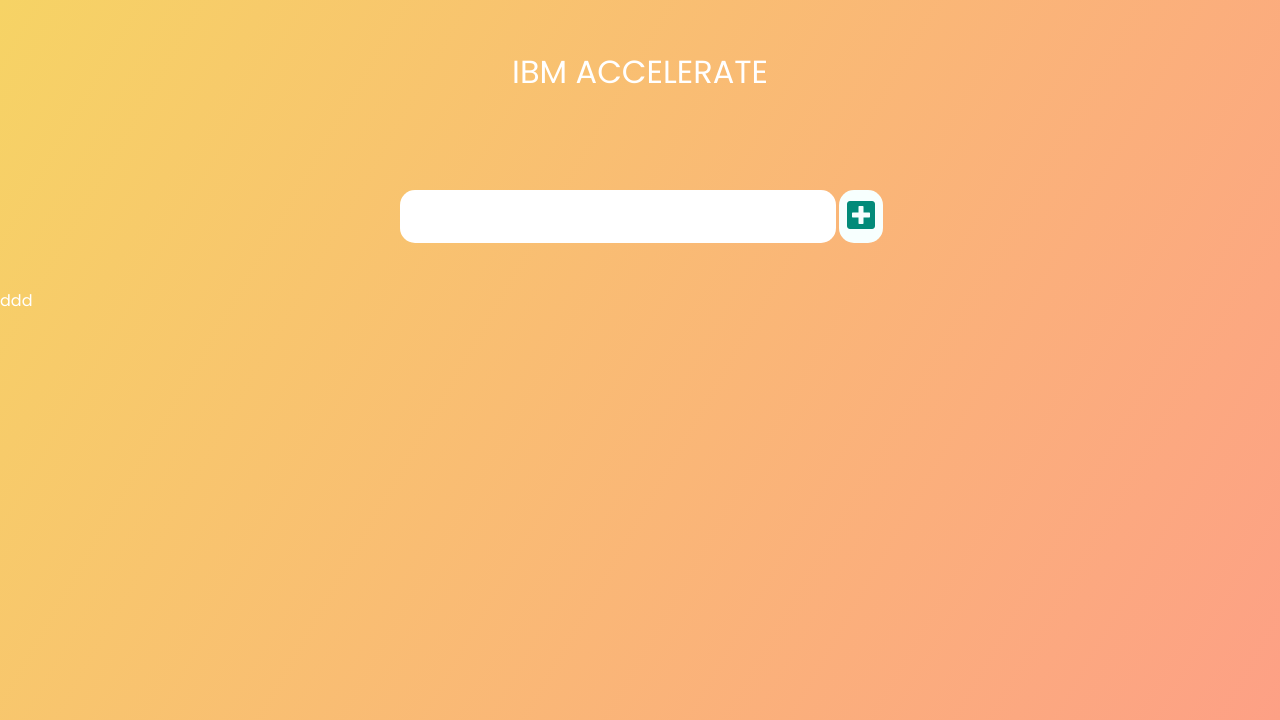
Repository: 2021-IBM-Accelerate-SW-Track/lab-1-team-34
Page: /
An editor plug-in stored every save of this project. The page is shown before and after the next save, followed by the edit.
The browser window is 1280 px wide. The pictures show the whole page.
Some web libraries are served in a nearby version. The project was rebuilt for these pictures with package versions that can differ from the ones it lists, and the page was loaded fresh each time. Also part of the build but not shown: src/components/Todo.js.

Above is the page before, as saved 2021-06-18 22:19:08.

### public/index.html
<!DOCTYPE html>
<html lang="en">
  <head>
    <meta charset="utf-8" />
    <link
      href="https://fonts.googleapis.com/css?family=Poppins&display=swap"
      rel="stylesheet"
    />
    <link
      rel="stylesheet"
      href="https://cdnjs.cloudflare.com/ajax/libs/font-awesome/5.12.1/css/all.min.css"
      integrity="sha256-mmgLkCYLUQbXn0B1SRqzHar6dCnv9oZFPEC1g1cwlkk="
      crossorigin="anonymous"
      <meta
      name="viewport"
      content="width=device-width, initial-scale=1"
    />
    <meta name="theme-color" content="#000000" />
    <meta
      name="description"
      content="Web site created using create-react-app"
    />
    <link rel="apple-touch-icon" href="%PUBLIC_URL%/logo192.png" />
    <!--
      manifest.json provides metadata used when your web app is installed on a
      user's mobile device or desktop. See https://developers.google.com/web/fundamentals/web-app-manifest/
    -->
    <link rel="manifest" href="%PUBLIC_URL%/manifest.json" />
    <!--
      Notice the use of %PUBLIC_URL% in the tags above.
      It will be replaced with the URL of the `public` folder during the build.
      Only files inside the `public` folder can be referenced from the HTML.

      Unlike "/favicon.ico" or "favicon.ico", "%PUBLIC_URL%/favicon.ico" will
      work correctly both with client-side routing and a non-root public URL.
      Learn how to configure a non-root public URL by running `npm run build`.
    -->
    <title>React App</title>
  </head>
  <body>
    <noscript>You need to enable JavaScript to run this app.</noscript>
    <div id="root"></div>
    <!--
      This HTML file is a template.
      If you open it directly in the browser, you will see an empty page.

      You can add webfonts, meta tags, or analytics to this file.
      The build step will place the bundled scripts into the <body> tag.

      To begin the development, run `npm start` or `yarn start`.
      To create a production bundle, use `npm run build` or `yarn build`.
    -->
  </body>
</html>

### src/App.js
import "./App.css";
import Form from "./components/form";
import React, { useState } from "react";
import List from "./components/list";
import Header from "./components/header";
import Date from "./components/date";

function App() {
  const [inputText, setInputText] = useState("");
  const [todos, setTodos] = useState([]);
  const [edit, setEdit] = useState("");
  const [date, setDate] = useState("DateTime");

  return (
    <div className="App">
      <Header />
      <Form
        inputText={inputText}
        todos={todos}
        setTodos={setTodos}
        setInputText={setInputText}
      />
      <List setTodos={setTodos} todos={todos} date={date} />
      <Date />
    </div>
  );
}

export default App;

### src/App.css
* {
  margin: 0;
  padding: 0;
  box-sizing: border-box;
}
body {
  background-image: linear-gradient(120deg, #f6d365 0%, #fda085 100%);
  color: white;
  font-family: "Poppins", sans-serif;
  min-height: 100vh;
}
header {
  font-size: 2rem;
}

header,
form {
  min-height: 20vh;
  display: flex;
  justify-content: center;
  align-items: center;
  border-radius: 15px;
}
form input,
form button {
  padding: 0.5rem;
  font-size: 2rem;
  border: none;
  background: white;
  border-radius: 15px;
  margin-left: 3px;
}
form button {
  color: #028b79;
  background: #f7fffe;
  cursor: pointer;
  transition: all 0.3s ease;
}
form button:hover {
  background: #ff6f47;
  color: white;
}
.todo-container {
  display: flex;
  justify-content: center;
  align-items: center;
}

.todo-list {
  min-width: 30%;
  list-style: none;
}

.todo {
  margin: 0.9rem;
  background: white;
  font-size: 1rem;
  color: black;
  display: flex;
  /* justify-content: space-between; */
  align-items: center;
  transition: all 1s ease;
  border-radius: 15px;
}
.filter-todo {
  padding: 1rem;
}
.todo li {
  flex: 1;
}

.trash-btn,
.edit-btn,
.complete-btn {
  background: #ff6f47;
  color: white;
  border: none;
  padding: 1rem;
  cursor: pointer;
  font-size: 0.9rem;
  border-radius: 15px;
  margin: 1px;
}
.complete-btn {
  background: #2ea8d9;
}
.edit-btn {
  background: #2a2b2d;
}
.trash-btn {
  background: rgb(228, 39, 39);
}
.todo-item {
  padding: 0rem 0.5rem;
}

.fa-trash,
.fa-check {
  pointer-events: none;
}

.fall {
  transform: translateY(10rem) rotateZ(20deg);
  opacity: 0;
}

.completed {
  text-decoration: line-through;
  opacity: 0.5;
}

/*CUSTOM SELECTOR */
select {
  -webkit-appearance: none;
  -moz-appearance: none;
  -ms-appearance: none;
  appearance: none;
  outline: 0;
  box-shadow: none;
  border: 0 !important;
  background-image: none;
}

/* Custom Select */
.select {
  margin: 1rem;
  position: relative;
  overflow: hidden;
}
select {
  color: #ff6f47;
  font-family: "Poppins", sans-serif;
  cursor: pointer;
  width: 12rem;
}
/* Arrow */
.select::after {
  content: "\25BC";
  position: absolute;
  top: 0;
  right: 0;
  padding: 1rem;
  background: #ff6f47;
  cursor: pointer;
  pointer-events: none;
}
/* Transition */
/*
.select:hover::after {
  transform: scale(1.5);
}
*/

### src/components/form.js
import React from "react";

var todosList = [];

const form = ({ setInputText, todos, setTodos, inputText, date }) => {
  const inputTextHandler = (e) => {
    console.log(e.target.value);
    setInputText(e.target.value);
  };
  const submitTodoHandler = (e) => {
    e.preventDefault();
    setTodos([
      ...todos,
      { text: inputText, completed: false, id: Math.random() * 1000, date },
    ]);
    setInputText("");
  };

  const inputValidation = (e) => {
    e.preventDefault();
    let dup = false;
    for (const i of todosList) {
      if (inputText.localeCompare(i) == 0) {
        dup = true;
      }
    }
    if (inputText !== "" && inputText !== " " && !dup) {
      console.log(todos);
      submitTodoHandler(e);
    }
    todosList.push(inputText);
  };

  const displayDate = (e) => {
    console.log(date);
    submitTodoHandler(e);
  };

  return (
    <form>
      <input
        value={inputText}
        onChange={inputTextHandler}
        type="text"
        className="todo-input"
      />
      <button
        onClick={inputValidation}
        onClick={displayDate}
        className="todo-button"
        type="submit"
      >
        <i className="fas fa-plus-square"></i>
      </button>
      {/* <div className="select">
        <select name="todos" className="filter-todo">
          <option value="all">All</option>
          <option value="completed">Completed</option>
          <option value="uncompleted">Uncompleted</option>
        </select>
      </div> */}
    </form>
  );
};

export default form;

### src/components/list.js
import React from "react";
import Todo from "./Todo";

const Todolist = ({ todos, setTodos, date }) => {
  return (
    <div className="todo-container">
      <ul className="todo-list">
        {todos.map((todo) => (
          <Todo
            key={todo.id}
            text={todo.text}
            setTodos={setTodos}
            todos={todos}
            todo={todo}
            date={date}
          />
        ))}
      </ul>
    </div>
  );
};

export default Todolist;

### src/components/header.js
import React from "react";

function header() {
  return <header>IBM ACCELERATE</header>;
}

export default header;

### src/components/date.js
import React from "react";
class Date extends React.Component {
  state = {
    date: "",
  };

  getDate() {
    var date = { currentTime: new Date().toLocaleString() };

    this.setState({
      date: date,
    });
  }

  render() {
    return (
      <div class="date">
        <p> ddd {this.state.date}</p>
      </div>
    );
  }
}

export default Date;

Loaded but not shown: src/index.js (common file); src/index.css (common file); src/reportWebVitals.js (common file)

After the next save:
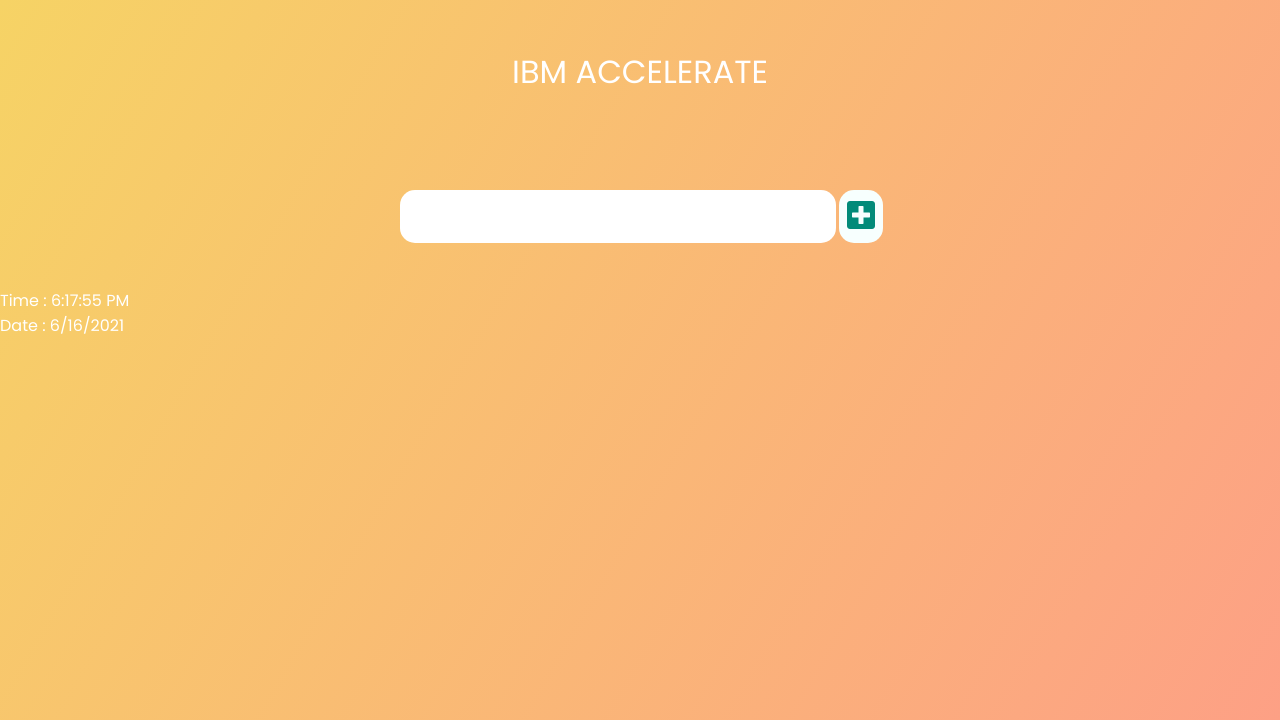
Saved 6 min 13 s later.
--- a/src/components/date.js
+++ b/src/components/date.js
@@ -1,24 +1,21 @@
-import React from "react";
-class Date extends React.Component {
-  state = {
-    date: "",
-  };
+import React, { useState, useEffect } from "react";
 
-  getDate() {
-    var date = { currentTime: new Date().toLocaleString() };
+export const DateTime = () => {
+  var [date, setDate] = useState(new Date());
 
-    this.setState({
-      date: date,
-    });
-  }
+  useEffect(() => {
+    var timer = setInterval(() => setDate(new Date()), 1000);
+    return function cleanup() {
+      clearInterval(timer);
+    };
+  });
 
-  render() {
-    return (
-      <div class="date">
-        <p> ddd {this.state.date}</p>
-      </div>
-    );
-  }
-}
+  return (
+    <div>
+      <p> Time : {date.toLocaleTimeString()}</p>
+      <p> Date : {date.toLocaleDateString()}</p>
+    </div>
+  );
+};
 
-export default Date;
+export default DateTime;
